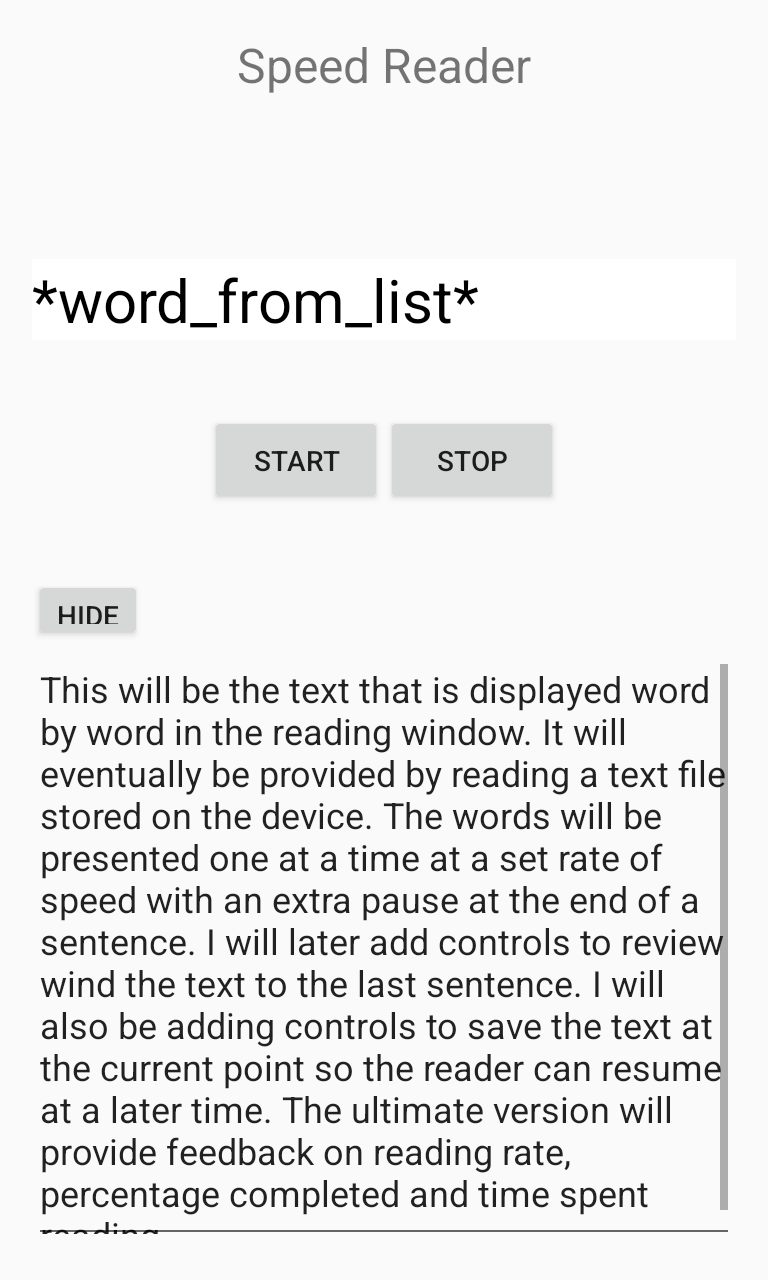
Repository: hdemby/workspace
Layout: SpeedReader/res/layout/activity_main.xml
These files come from the project's save history. The layout is drawn as it stood at one moment and after the next save; the edit follows.
It is drawn on a 768 x 1280 px phone screen (xhdpi) without system bars, with theme AppTheme; the app's code is not run. The app's manifest (not shown) leaves right-to-left support off. So textAlignment, textDirection and layoutDirection are ignored, and left and right values win over start and end ones.

Above is the layout before, as saved 2014-12-03 18:50:58.

### SpeedReader/res/layout/activity_main.xml
<RelativeLayout xmlns:android="http://schemas.android.com/apk/res/android"
    xmlns:tools="http://schemas.android.com/tools"
    android:layout_width="wrap_content"
    android:layout_height="wrap_content"
    android:paddingBottom="@dimen/activity_vertical_margin"
    android:paddingLeft="@dimen/activity_horizontal_margin"
    android:paddingRight="@dimen/activity_horizontal_margin"
    android:paddingTop="@dimen/activity_vertical_margin"
    tools:context="coursera.speedreader.MainActivity" >

    <LinearLayout
        android:id="@+id/linearLayout1"
        android:layout_width="wrap_content"
        android:layout_height="wrap_content"
        android:layout_centerHorizontal="true"
        android:layout_marginTop="154dp"
        android:orientation="vertical" >
    </LinearLayout>

    <LinearLayout
        android:id="@+id/linearLayout3"
        android:layout_width="wrap_content"
        android:layout_height="wrap_content"
        android:layout_alignTop="@+id/linearLayout1"
        android:layout_centerHorizontal="true"
        android:layout_marginTop="36dp" >

        <Button
            android:id="@+id/button1"
            android:layout_width="wrap_content"
            android:layout_height="wrap_content"
            android:layout_marginBottom="34dp"
            android:text="@string/start_btn" />

        <Button
            android:id="@+id/button2"
            android:layout_width="wrap_content"
            android:layout_height="wrap_content"
            android:text="@string/stop_btn" />
    </LinearLayout>

    <LinearLayout
        android:layout_width="match_parent"
        android:layout_height="wrap_content"
        android:layout_below="@+id/linearLayout3"
        android:layout_centerHorizontal="true"
        android:orientation="vertical" >

        <Button
            android:id="@+id/button3"
            style="?android:attr/buttonStyleSmall"
            android:layout_width="56dp"
            android:layout_height="34dp"
            android:text="@string/hide_btn" />

        <EditText
            android:id="@+id/editText2"
            android:layout_width="match_parent"
            android:layout_height="wrap_content"
            android:clickable="false"
            android:contentDescription="@string/app_name"
            android:ems="10"
            android:focusable="false"
            android:focusableInTouchMode="false"
            android:inputType="textMultiLine"
            android:scrollbars="vertical"
            android:text="@string/content_text" />

    </LinearLayout>

    <TextView
        android:id="@+id/TextView01"
        android:layout_width="match_parent"
        android:layout_height="wrap_content"
        android:layout_above="@+id/linearLayout3"
        android:layout_alignParentStart="true"
        android:layout_centerHorizontal="true"
        android:layout_toStartOf="@dimen/activity_horizontal_margin"
        android:background="#ffffffff"
        android:text="@string/window_word"
        android:textColor="#ff000000"
        android:textSize="30sp" />

    <TextView
        android:id="@+id/textView1"
        android:layout_width="wrap_content"
        android:layout_height="wrap_content"
        android:layout_alignParentTop="true"
        android:layout_centerHorizontal="true"
        android:text="@string/app_name"
        android:textSize="24sp" />

</RelativeLayout>

### SpeedReader/res/values/strings.xml
<?xml version="1.0" encoding="utf-8"?>
<resources>

    <string name="app_name">Speed Reader</string>
    <string name="hello_world">Hello world!</string>
    <string name="action_settings">Settings</string>
    <string name="window_word">*word_from_list*</string>
    <string name="content_text">This will be the text that is displayed word by word in the reading window.
        It will eventually be provided by reading a text file stored on the device.
        The words will be presented one at a time at a set rate of speed with an extra pause at the end
        of a sentence. I will later add controls to review wind the text to the last sentence.
        I will also be adding controls to save the text at the current point so the reader can
        resume at a later time. The ultimate version will provide feedback on reading rate,
        percentage completed and time spent reading. </string>
    <string name="start_btn">Start</string>
    <string name="stop_btn">Stop</string>
    <string name="hide_btn">Hide</string>

</resources>

Loaded but not shown: SpeedReader/res/values/styles.xml (common file); SpeedReader/res/values-v11/styles.xml (common file); SpeedReader/res/values-v14/styles.xml (common file); SpeedReader/res/values/dimens.xml (common file); SpeedReader/res/values-w820dp/dimens.xml (common file)

After the next save:
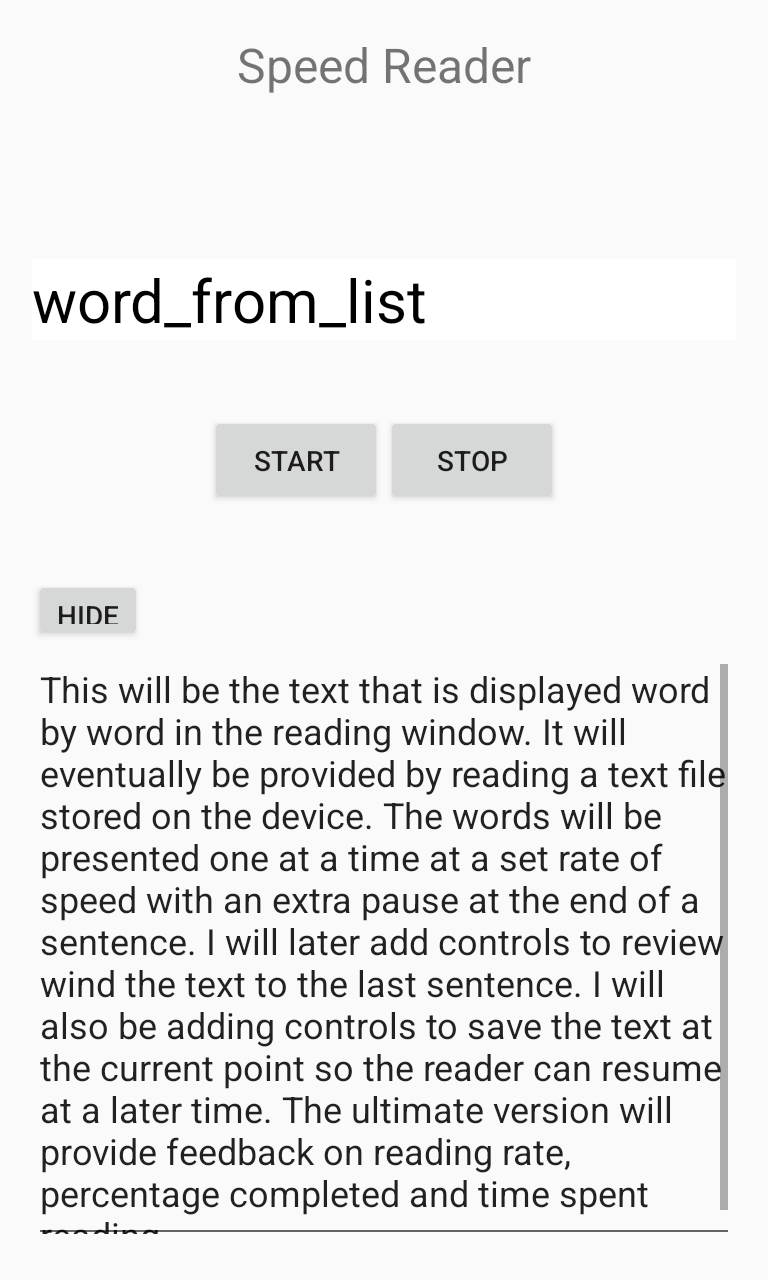
Saved 9 min 13 s later.
--- a/SpeedReader/res/values/strings.xml
+++ b/SpeedReader/res/values/strings.xml
@@ -4,7 +4,7 @@
     <string name="app_name">Speed Reader</string>
     <string name="hello_world">Hello world!</string>
     <string name="action_settings">Settings</string>
-    <string name="window_word">*word_from_list*</string>
+    <string name="window_word">word_from_list</string>
     <string name="content_text">This will be the text that is displayed word by word in the reading window.
         It will eventually be provided by reading a text file stored on the device.
         The words will be presented one at a time at a set rate of speed with an extra pause at the end
